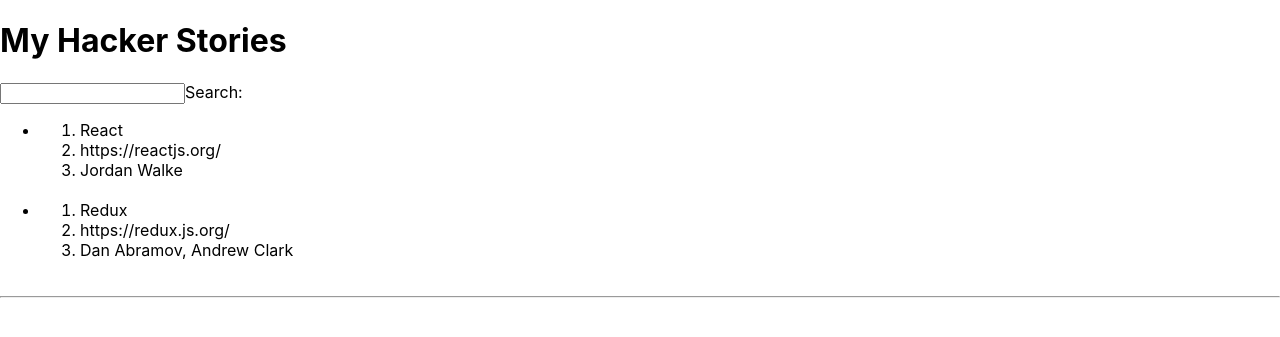
Repository: m-ahmadshaikh/FullStackProjects
Page: / (app in 03-react/hacker-stories/)
An editor plug-in stored every save of this project. The page is shown before and after the next save, followed by the edit.
The browser window is 1280 px wide. The pictures show the whole page.
The project was rebuilt for these pictures with package versions that can differ from the ones it lists, and the page was loaded fresh each time. Also part of the build but not shown: 03-react/hacker-stories/src/App.css.

Above is the page before, as saved 2022-08-24 09:45:47.

After the next save:
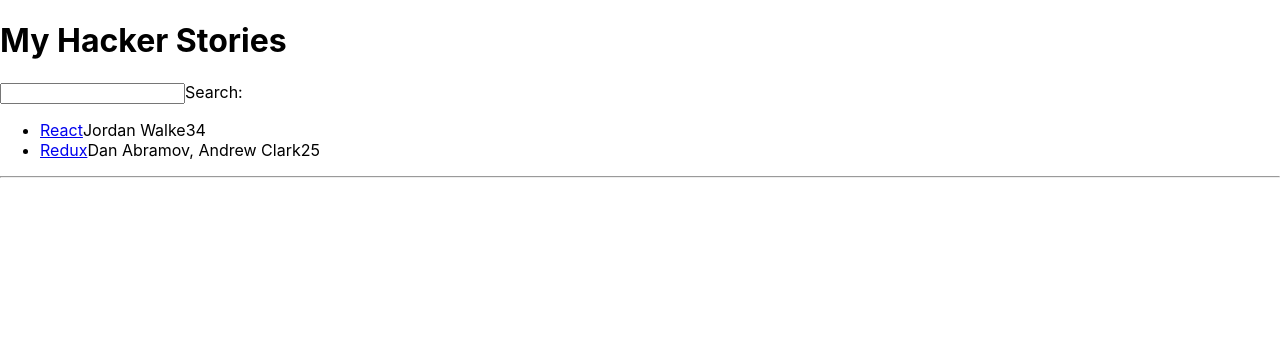
Saved 55 s later.
--- a/03-react/hacker-stories/src/App.jsx
+++ b/03-react/hacker-stories/src/App.jsx
@@ -23,12 +23,12 @@
 ];
 const newN = list.map((item) => (
   <li key={item.objectID}>
-    <ol>
-      <li>{item.title}</li>
-      <li>{item.url}</li>
-      <li>{item.author}</li>
-    </ol>
-    <br />
+    <span>
+      <a href={item.url}>{item.title}</a>
+    </span>
+    <span>{item.author}</span>
+    <span>{item.num_comments}</span>
+    <span>{item.points}</span>
   </li>
 ));
 function App() {
